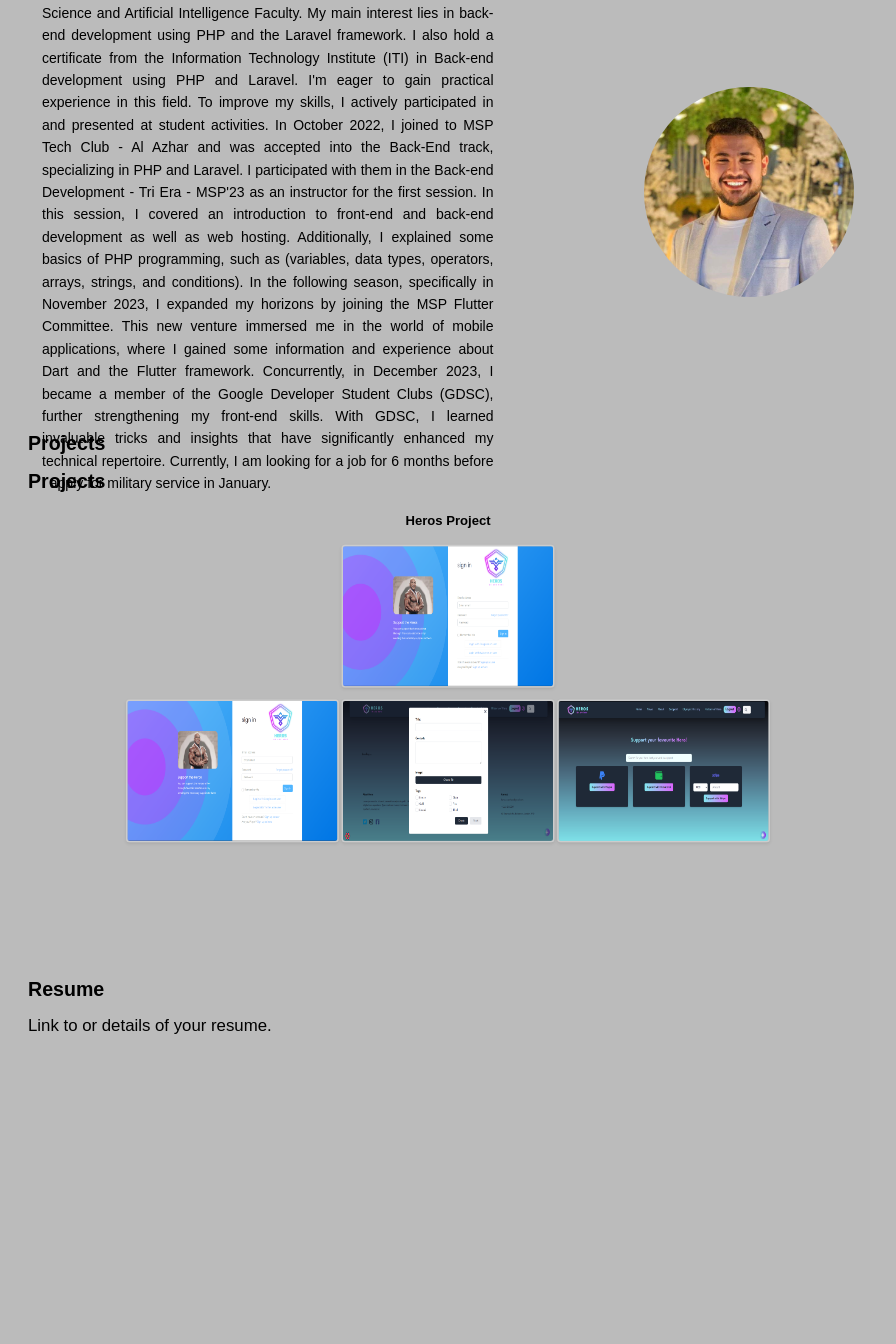
Repository: Salah-Wael/Salah-EL-Din-Portfolio
Page: index.html
These files come from the project's save history. The page is drawn as it stood at one moment and after a run of saves; the edit follows.
The browser window is 1280 px wide. The pictures show the part of the page from y = 306 to 2226 px (the page is 3237 px tall), at 70% of full size.

Above is the page before, as saved 2024-07-13 05:19:43.

After the next 3 saves:
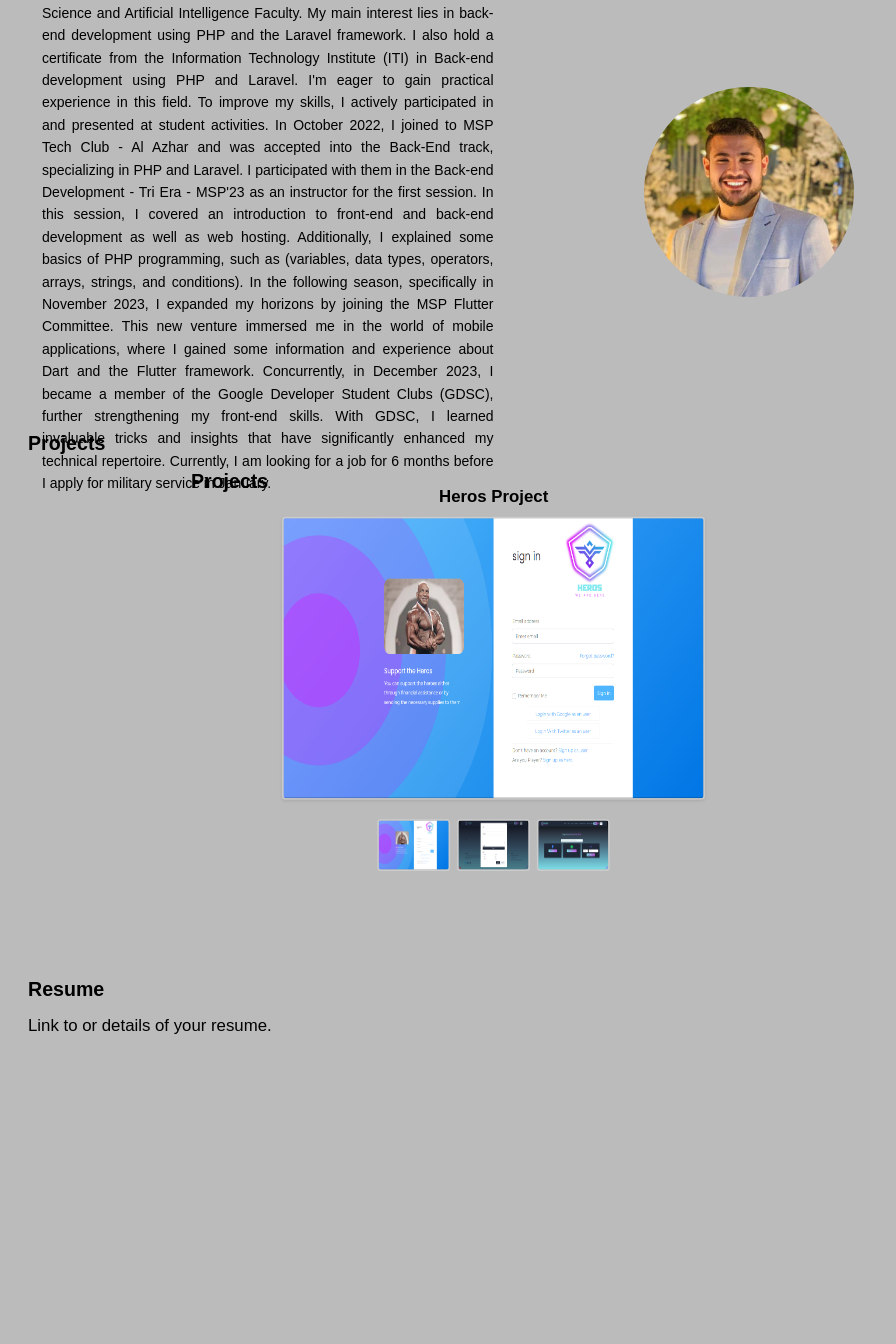
The 3 saves are shown as one change because they came seconds apart.
The last was saved 7 s later.
--- a/style.css
+++ b/style.css
@@ -86,7 +86,7 @@ section p {
   border-radius: 50%;
 }
 
-Projects section styling
+/* Projects section styling
 .projects-container {
   display: flex;
   gap: 20px;
@@ -119,4 +119,52 @@ Projects section styling
 
 .project a:hover img {
   border-color: #333;
+} */
+
+/* Projects section styling */
+.projects-container {
+  display: flex;
+  gap: 20px;
+  flex-wrap: wrap;
+  justify-content: center;
 }
+
+.project {
+  text-align: center;
+}
+
+.project h3 {
+  font-size: 24px;
+  margin-bottom: 10px;
+}
+
+.image-display {
+  margin-bottom: 20px;
+}
+
+.image-display img {
+  width: 600px;
+  height: 400px;
+  border: 2px solid #ccc;
+  border-radius: 5px;
+  box-shadow: 0 2px 5px rgba(0, 0, 0, 0.1);
+}
+
+.thumbnails {
+  display: flex;
+  gap: 10px;
+  justify-content: center;
+}
+
+.thumbnails img {
+  width: 100px;
+  height: 70px;
+  border: 2px solid #ccc;
+  border-radius: 5px;
+  cursor: pointer;
+  transition: border-color 0.3s ease;
+}
+
+.thumbnails img:hover {
+  border-color: #333;
+}
